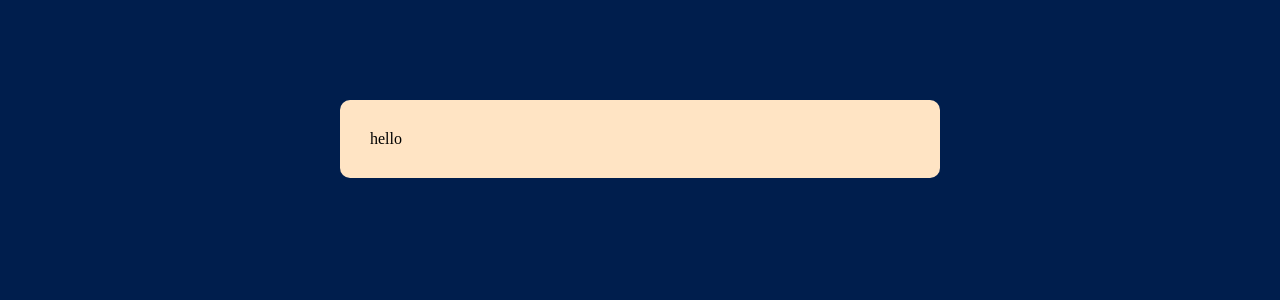
Repository: supriya123yadav/Quiz-project
Page: index.html
An editor plug-in stored every save of this project. The page is shown before and after the next save, followed by the edit.
The browser window is 1280 px wide. The pictures show the whole page.

Above is the page before, as saved 2024-07-06 23:46:04.

After the next save:
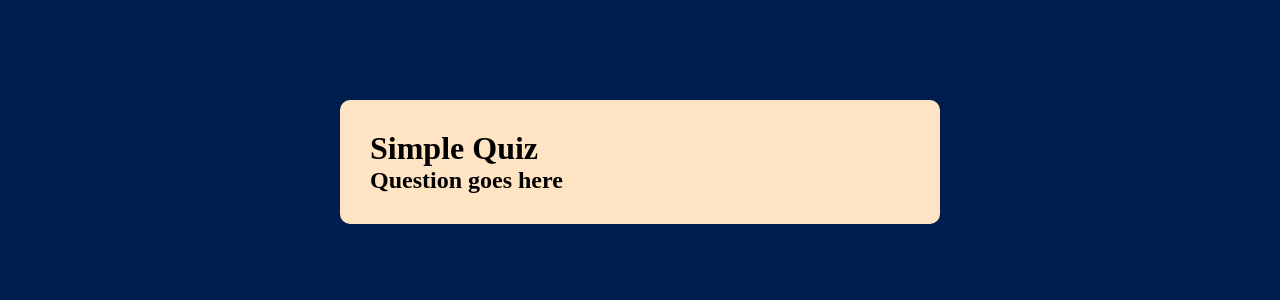
Saved 9 min 55 s later.
--- a/index.html
+++ b/index.html
@@ -7,7 +7,14 @@
     <link rel="stylesheet" href="style.css">
 </head>
 <body>
-    <div class="app">hello</div>
+    <div class="app">
+        <h1>Simple Quiz</h1>
+        <div class="quiz">
+            <h2 id="question">Question goes here</h2>
+
+        </div>
+
+    </div>
 
 </body>
 </html>
